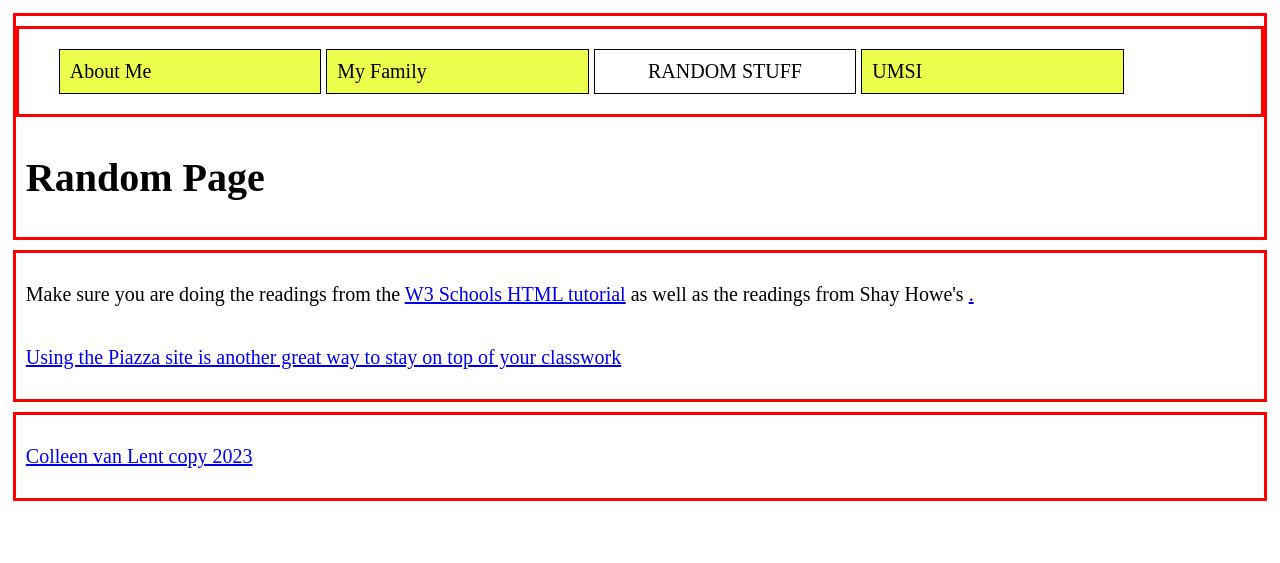
Repository: lulyany/hw1-2023
Page: random.html
An editor plug-in stored every save of this project. The page is shown before and after the next save, followed by the edit.
The browser window is 1280 px wide. The pictures show the whole page.

Above is the page before, as saved 2023-09-04 18:54:39.
Not found: css/rest.css

### random.html
<!DOCTYPE html>
<html lang="en">
<head>
	<!--  TIP
	You will find any errors from the head section using the console. -->
	<meta charset="UTF-8">
	<meta name="viewport" content="width=device-width, initial-scale=1.0">
	<link rel="icon" href="imgs/favicon">
	<link rel="stylesheet" href="css/rest.css">
	<link rel="stylesheet" href="css/style.css">
	<title>Random</title>
</head>
<body>
	<!-- header -->
	<header>
		<nav>
			<ul>
				<li>About Me</li>
				<li>My Family</li>
				<li class="active">Random Stuff</li>
				<li>UMSI</li>
			</ul>
		</nav>
	<h1>Random Page</h1>
	</header>

	<!-- main -->
	<main>
	<p>Make sure you are doing the readings from the <a href = "www.w3schools.com/html/">W3 Schools HTML
		tutorial</a> as well as the readings from Shay Howe's
		<a href = "https://learn.shayhowe.com/html-css/"HTML and CSS tutorial</a>.
	</p>
	<p>Using the Piazza site is another great way to stay on top of your classwork</p>
	</main>

	<!-- footer -->
	<footer>
		<p>Colleen van Lent copy 2023</p>
	</footer>
</body>
</html>

### css/style.css
/*Add padding and margin to space out the page.
Make the font larger too.*/
body{
	margin:1%;
	font-size:125%;
}

/*Make the h1 heading bigger with a bold font*/
h1{
	font-size: 2em;
	font-weight: bold;
}

.active{
	background: white;
    text-transform: uppercase;
	text-align: center;
}

.active a{
	text-decoration: none;;
}

/*Style the images*/
img{
    height: 150px;
	width:auto;
    border: 3px solid blue;
    padding: 25px;
    border-radius: 20px;
    margin: 5px;
	margin-left: 10%
}

/*Make the h2 heading match h1*/
h2{
	font-size: 2em;
	font-weight: bold;
}

/*Improve the spacing for paragraphs AND headings*/
p, h1, h2 {
    padding: 10px;
}

/*Add borders around the main components and some
space too*/
header, nav, main, footer{
	border: 3px solid red;
	margin: 10px 0;
}


/*Change the styling for all of the list
items in the nav section*/
nav ul li{
	background-color: #ECFF4D;
	padding:10px;
	width:25%;
	border:1px solid black;
	display: inline-block;
	width: 20%;
}

/*Added this so the links stay the same color*/
a:visited{color:#0000FF}

After the next save:
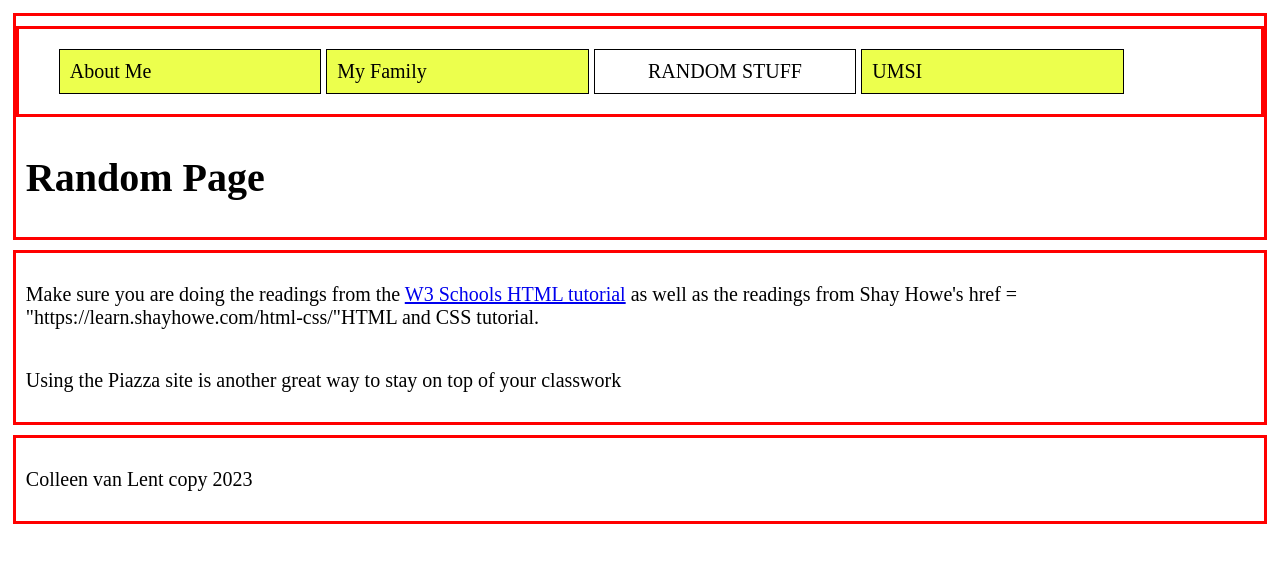
Saved 7 s later.
--- a/random.html
+++ b/random.html
@@ -28,7 +28,7 @@
 	<main>
 	<p>Make sure you are doing the readings from the <a href = "www.w3schools.com/html/">W3 Schools HTML
 		tutorial</a> as well as the readings from Shay Howe's
-		<a href = "https://learn.shayhowe.com/html-css/"HTML and CSS tutorial</a>.
+		<a></a> href = "https://learn.shayhowe.com/html-css/"HTML and CSS tutorial</a>.
 	</p>
 	<p>Using the Piazza site is another great way to stay on top of your classwork</p>
 	</main>
